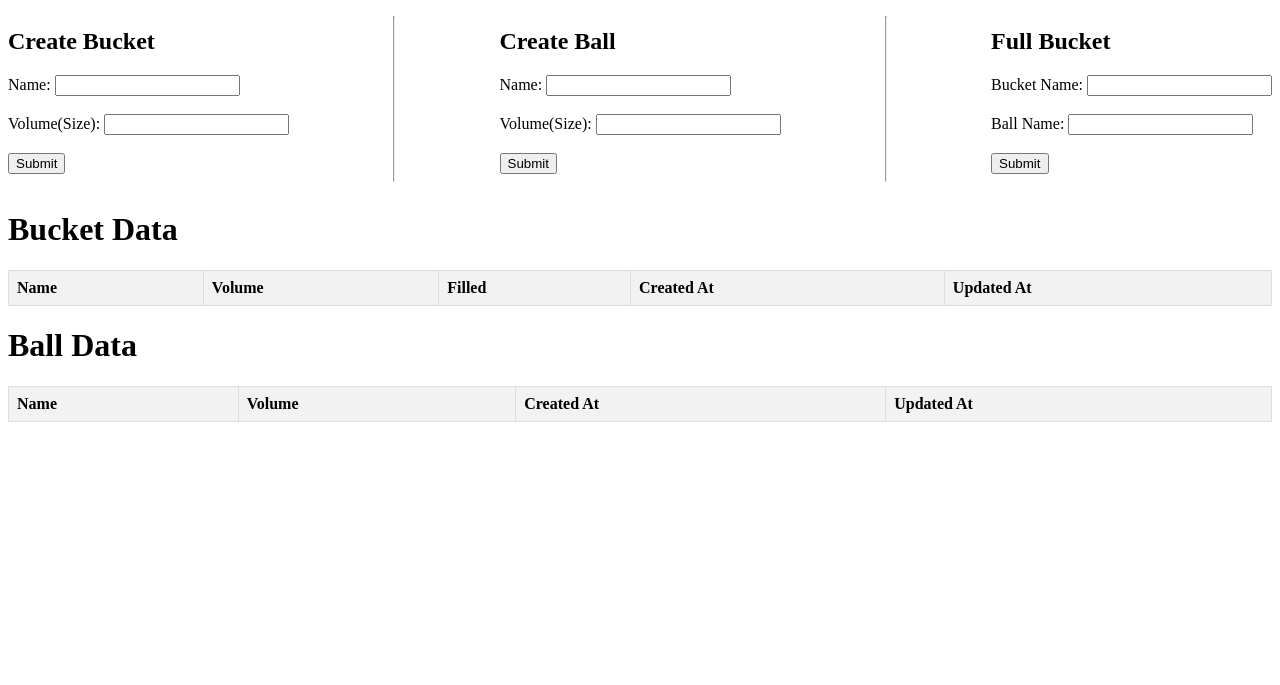
Repository: RajatPalankar8/nodejs_bucket_ball_task_new
Page: http://localhost/
An editor plug-in stored every save of this project. The page is shown before and after the next save, followed by the edit.
The browser window is 1280 px wide. The pictures show the whole page.
The page is served by the project's Node server (index.js). Queries for data that is not in the repository find no rows.

Above is the page before, as saved 2023-07-28 11:21:04.

After the next save:
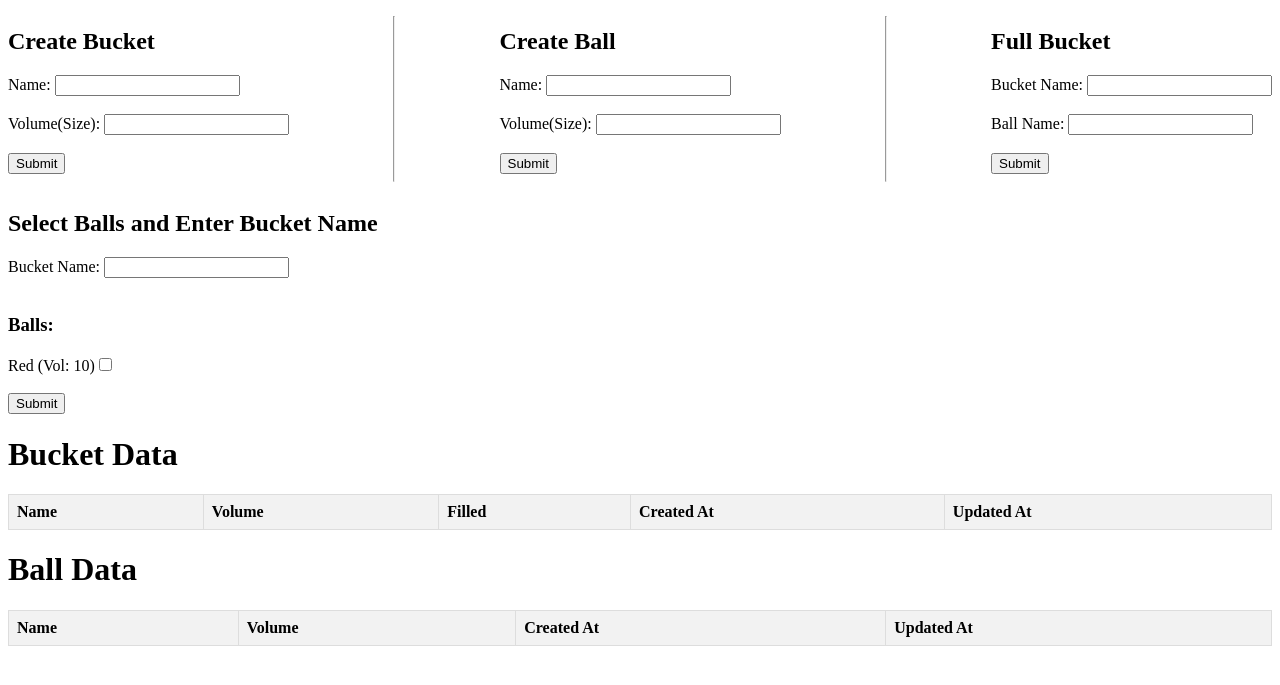
Saved 50 s later.
--- a/views/index.ejs
+++ b/views/index.ejs
@@ -57,9 +57,19 @@
     </form>
   </div>
 
-  <div>
-
-  </div>
+  <h2>Select Balls and Enter Bucket Name</h2>
+  <form id="ballForm">
+    <label for="bucketName">Bucket Name:</label>
+    <input type="text" id="bucketName" name="bucketName" required><br><br>
+
+    <h3>Balls:</h3>
+    <div id="ballList">
+      <!-- Ball data from MongoDB will be dynamically added here -->
+    </div>
+
+    <br>
+    <input type="submit" value="Submit">
+  </form>
   <h1>Bucket Data</h1>
   <table>
     <thead>
@@ -211,6 +221,40 @@
     const form3 = document.getElementById('form3');
     form3.addEventListener('submit', fillBucketEvent);
   </script>
+
+
+  <script>
+    // Assuming you have the ball data from MongoDB in a JavaScript array called "balls"
+    const balls = [
+      {
+        "_id": {
+          "$oid": "64b3c8d344dc14d9ae78e18d"
+        },
+        "name": "Red",
+        "vol": 10
+      },
+      // Add more ball objects here if needed
+    ];
+
+    // Function to dynamically create ball checkboxes in the form
+    function createBallCheckboxes() {
+      const ballListDiv = document.getElementById('ballList');
+      balls.forEach(ball => {
+        const checkbox = document.createElement('input');
+        checkbox.type = 'checkbox';
+        checkbox.name = 'balls';
+        checkbox.value = ball._id.$oid;
+        const label = document.createElement('label');
+        label.innerHTML = `${ball.name} (Vol: ${ball.vol})`;
+        label.appendChild(checkbox);
+        ballListDiv.appendChild(label);
+        ballListDiv.appendChild(document.createElement('br'));
+      });
+    }
+
+    // Call the function to create ball checkboxes on page load
+    createBallCheckboxes();
+  </script>
 </body>
 
 </html>
